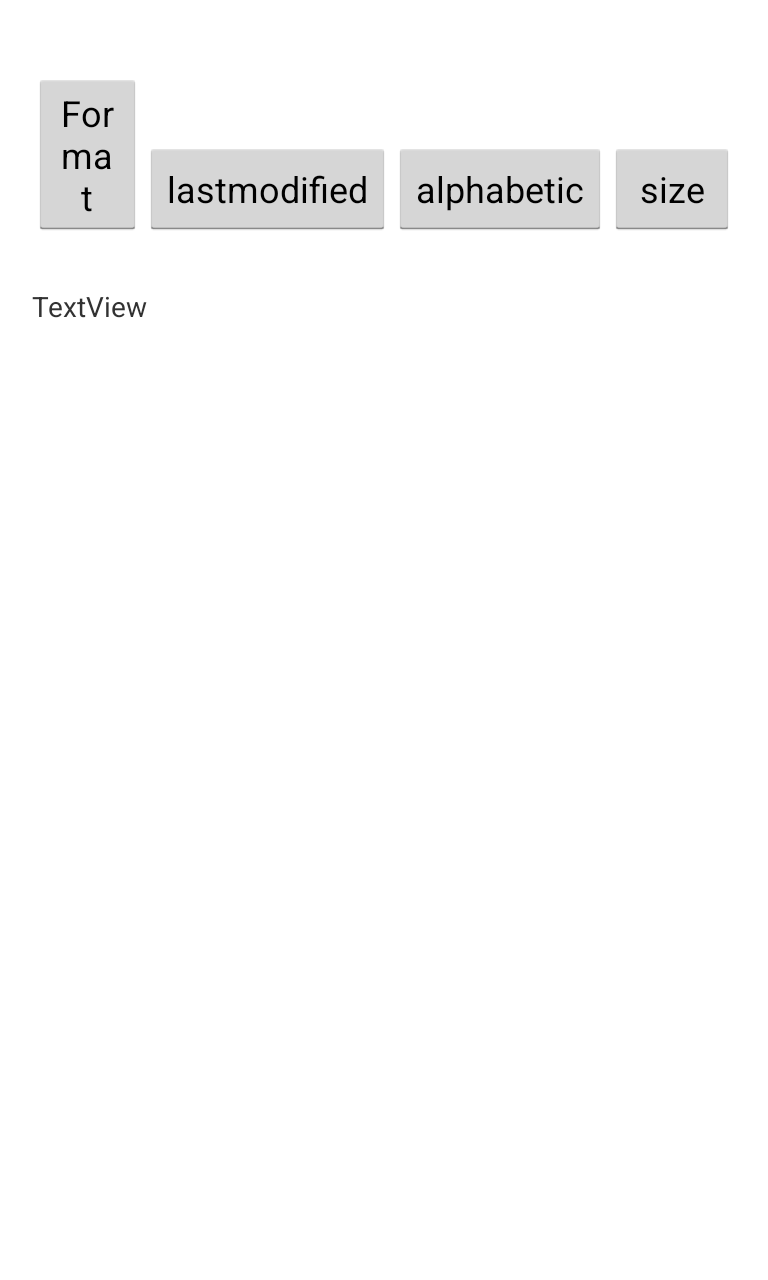
Repository: memexx-com/MyExplorer
Layout: MyExplorer/res/layout/activity_main.xml
The author's editor kept a copy of each file at every save. The layout is drawn from the files as they stood at one save, then again after the next save.
It is drawn on a 768 x 1280 px phone screen (xhdpi) without system bars, with theme AppTheme; the app's code is not run. Lists and similar views that code fills are empty.

Above is the layout before, as saved 2013-06-10 18:10:29.

### MyExplorer/res/layout/activity_main.xml
<RelativeLayout xmlns:android="http://schemas.android.com/apk/res/android"
    xmlns:tools="http://schemas.android.com/tools"
    android:layout_width="match_parent"
    android:layout_height="match_parent"
    android:paddingBottom="@dimen/activity_vertical_margin"
    android:paddingLeft="@dimen/activity_horizontal_margin"
    android:paddingRight="@dimen/activity_horizontal_margin"
    android:paddingTop="@dimen/activity_vertical_margin"
    tools:context=".MainActivity" >

    <TextView
        android:id="@+id/path"
        android:layout_width="wrap_content"
        android:layout_height="wrap_content"
        android:layout_alignLeft="@+id/button1"
        android:layout_alignRight="@+id/button4"
        android:layout_below="@+id/button2"
        android:layout_marginTop="25dp"
        android:text="TextView" />

    <ListView
        android:id="@android:id/list"
        android:layout_width="match_parent"
        android:layout_height="wrap_content"
        android:layout_alignParentRight="true"
        android:layout_below="@+id/path" >

    </ListView>

    <Button
        android:id="@+id/button4"
        android:layout_width="wrap_content"
        android:layout_height="wrap_content"
        android:layout_alignBaseline="@+id/button3"
        android:layout_alignBottom="@+id/button3"
        android:layout_alignParentRight="true"
        android:text="size" />

    <Button
        android:id="@+id/button3"
        android:layout_width="wrap_content"
        android:layout_height="wrap_content"
        android:layout_alignBaseline="@+id/button2"
        android:layout_alignBottom="@+id/button2"
        android:layout_toLeftOf="@+id/button4"
        android:text="alphabetic" />

    <Button
        android:id="@+id/button1"
        android:layout_width="wrap_content"
        android:layout_height="wrap_content"
        android:layout_alignLeft="@android:id/list"
        android:layout_alignParentTop="true"
        android:layout_marginTop="20dp"
        android:layout_toLeftOf="@+id/button2"
        android:text="Format" />

    <Button
        android:id="@+id/button2"
        android:layout_width="wrap_content"
        android:layout_height="wrap_content"
        android:layout_alignBottom="@+id/button1"
        android:layout_toLeftOf="@+id/button3"
        android:text="lastmodified" />

</RelativeLayout>

Loaded but not shown: MyExplorer/res/values/styles.xml (common file); MyExplorer/res/values-v11/styles.xml (common file); MyExplorer/res/values-v14/styles.xml (common file); MyExplorer/res/values/dimens.xml (common file)

After the next save:
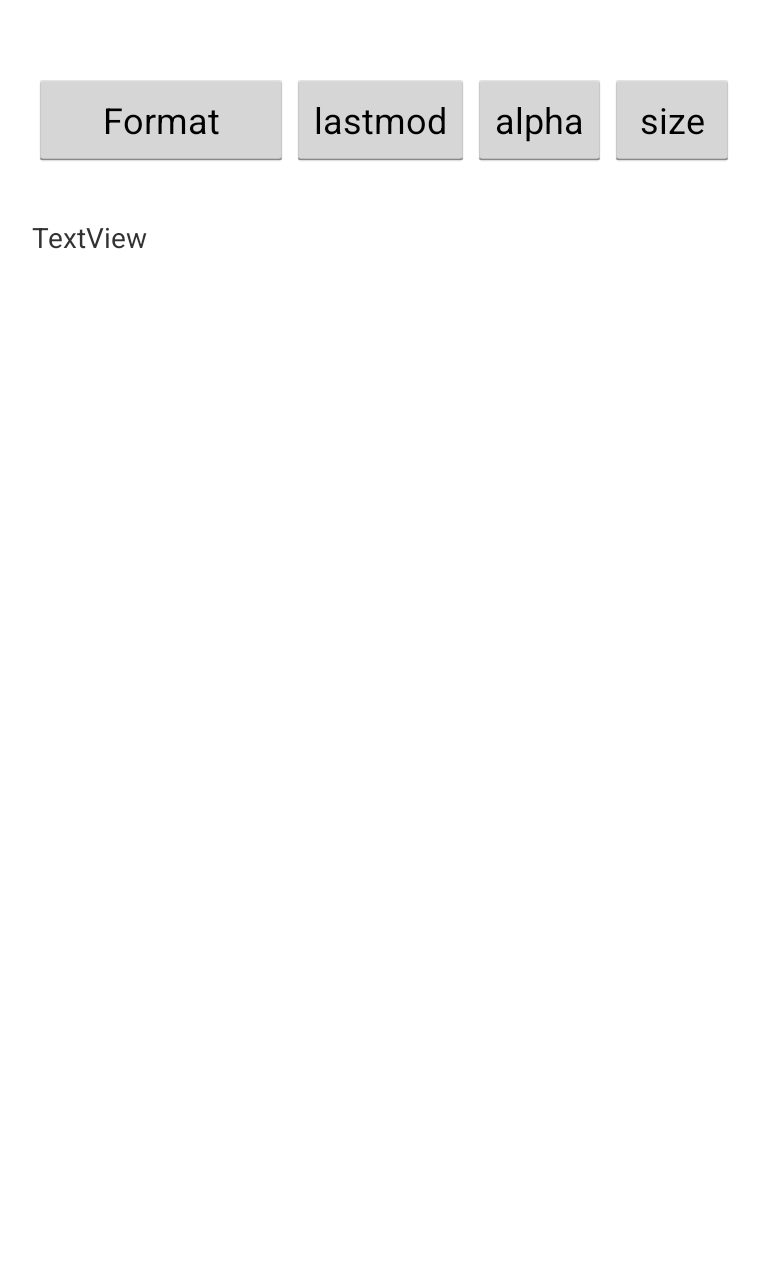
Saved 45 s later.
--- a/MyExplorer/res/layout/activity_main.xml
+++ b/MyExplorer/res/layout/activity_main.xml
@@ -43,7 +43,7 @@
         android:layout_alignBaseline="@+id/button2"
         android:layout_alignBottom="@+id/button2"
         android:layout_toLeftOf="@+id/button4"
-        android:text="alphabetic" />
+        android:text="alpha" />
 
     <Button
         android:id="@+id/button1"
@@ -61,6 +61,6 @@
         android:layout_height="wrap_content"
         android:layout_alignBottom="@+id/button1"
         android:layout_toLeftOf="@+id/button3"
-        android:text="lastmodified" />
+        android:text="lastmod" />
 
 </RelativeLayout>
